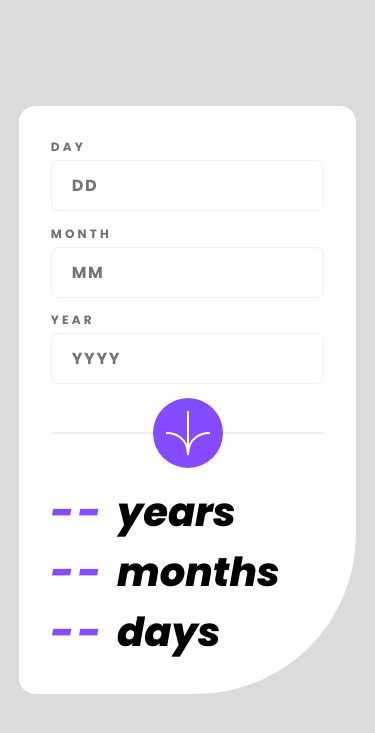
Repository: blordeus/age-calculator-app
Page: /
These files come from the project's save history. The page is drawn as it stood at one moment and after the next save; the edit follows.
The browser window is 375 px wide. The pictures show the whole page.
The project was rebuilt for these pictures with package versions that can differ from the ones it lists, and the page was loaded fresh each time.

Above is the page before, as saved 2023-08-23 16:01:46.

After the next save:
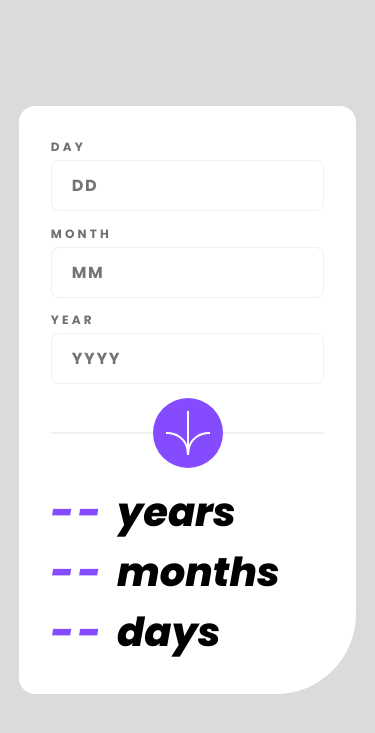
Saved 9 s later.
--- a/src/style.css
+++ b/src/style.css
@@ -162,7 +162,7 @@ body {
 }
 
 .card-container {
-  border-radius:
+  border-radius: 1rem 1rem 5rem 1rem;
 }
 
 .output-container h1 {
